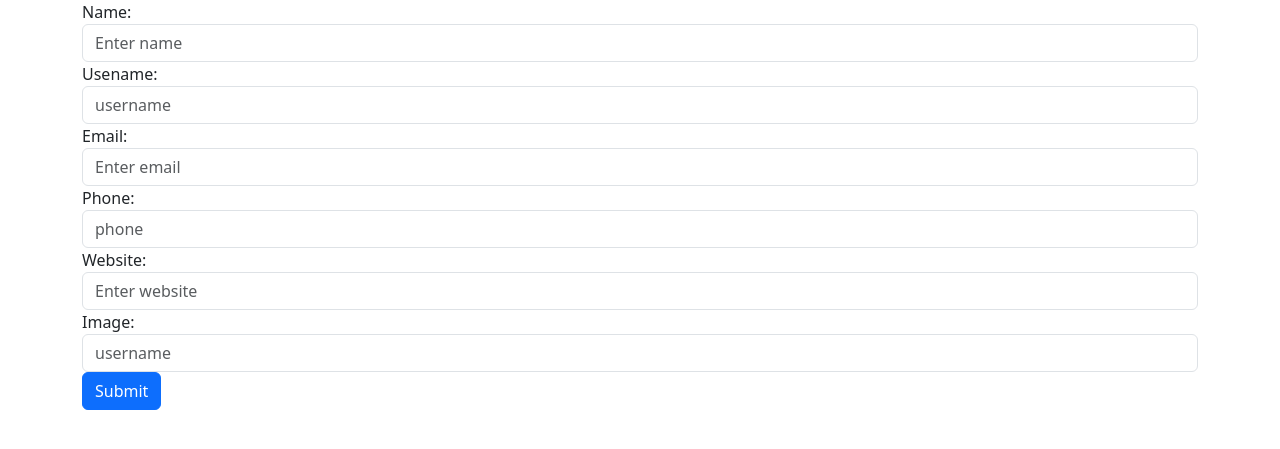
Repository: AyushMahatara/PHP-Simple-CRUD-with-JSON
Page: http://localhost/user/update.php?id=4
An editor plug-in stored every save of this project. The page is shown before and after the next save, followed by the edit.
The browser window is 1280 px wide. The pictures show the whole page.
The page is run by PHP 8.4 with error messages shown; the project is at /var/www/html/.

Above is the page before, as saved 2024-03-20 16:59:30.

### user/update.php
<?php
include '../partials/header.php';
require './users.php';

if (!isset($_GET['id'])) {
    include "../partials/not_found.php";
    exit;
}

$userId = $_GET['id'];

$user = getUserById($userId);

if (!$user) {
    include "../partials/not_found.php";

    exit;
}
?>

<div class="container">

    <form method="POST" enctype="multipart/form-data">
        <div class="form-group">
            <label>Name:</label>
            <input type="name" name="name" class="form-control" placeholder="Enter name">
        </div>
        <div class="form-group">
            <label>Usename:</label>
            <input type="username" name="username" class="form-control" placeholder="username">
        </div>
        <div class="form-group">
            <label>Email:</label>
            <input type="email" name="email" class="form-control" placeholder="Enter email">
        </div>
        <div class="form-group">
            <label>Phone:</label>
            <input type="phone" name="phone" class="form-control" placeholder="phone">
        </div>

        <div class="form-group">
            <label>Website:</label>
            <input type="website" name="wensite" class="form-control" placeholder="Enter website">
        </div>
        <div class="form-group">
            <label>Image:</label>
            <input type="username" name="username" class="form-control" placeholder="username">
        </div>


        <button type="submit" class="btn btn-primary">Submit</button>
    </form>

</div>

<?php
include '../partials/footer.php';
?>

### partials/header.php
<!DOCTYPE html>
<html lang="en">

<head>
    <meta charset="UTF-8">
    <meta name="viewport" content="width=device-width, initial-scale=1.0">
    <link href="https://cdn.jsdelivr.net/npm/bootstrap@5.3.3/dist/css/bootstrap.min.css" rel="stylesheet" integrity="sha384-QWTKZyjpPEjISv5WaRU9OFeRpok6YctnYmDr5pNlyT2bRjXh0JMhjY6hW+ALEwIH" crossorigin="anonymous">
    <title>Document</title>
</head>

<body>

### user/users.php
<?php

function getUsers()
{
    return json_decode(file_get_contents('./users.json'), true);

    // echo '<pre>';
    // var_dump($users);
    // echo '<pre>';
}


function getUserById($id)
{
    $users = getUsers();
    foreach ($users as $user) {
        if ($user['id'] == $id) {
            return $user;
        }
    }
    return null;
}


function createUser($data)
{
}


function updateUser($data, $id)
{
}

function deleteUser($id)
{
}

### user/users.json
[
  {
    "id": 4,
    "name": "Patricia Lebsack",
    "username": "Karianne",
    "email": "Julianne.OConner@kory.org",
    "phone": "123451234",
    "website": "kale.biz",
    "extension": "jpg"
  },
  {
    "id": 5,
    "name": "Chelsey Dietrich",
    "username": "Kamren",
    "email": "Lucio_Hettinger@annie.ca",
    "phone": "453218563",
    "website": "demarco.info",
    "extension": "jpg"
  },
  {
    "id": 6,
    "name": "Mrs. Dennis Schulist",
    "username": "Leopoldo_Corkery",
    "email": "Karley_Dach@jasper.info",
    "phone": "1078412367",
    "website": "ola.org",
    "extension": "jpg"
  },
  {
    "id": 7,
    "name": "Kurtis Weissnat",
    "username": "Elwyn.Skiles",
    "email": "Telly.Hoeger@billy.biz",
    "phone": "210.067.6132",
    "website": "elvis.io"
  },
  {
    "id": 8,
    "name": "Nicholas Runolfsdottir V",
    "username": "Maxime_Nienow",
    "email": "Sherwood@rosamond.me",
    "phone": "586.493.6943 x140",
    "website": "jacynthe.com"
  },
  {
    "id": 9,
    "name": "Glenna Reichert",
    "username": "Delphine",
    "email": "Chaim_McDermott@dana.io",
    "phone": "(775)976-6794 x41206",
    "website": "conrad.com"
  },
  {
    "id": 10,
    "name": "Clementina DuBuque",
    "username": "Moriah.Stanton",
    "email": "Rey.Padberg@karina.biz",
    "phone": "024-648-3804",
    "website": "ambrose.net"
  },
  {
    "name": "John Doe",
    "username": "john22",
    "email": "",
    "phone": "12345",
    "website": "",
    "id": 1879571,
    "extension": "jpg"
  }
]

### partials/footer.php
</body>

<script src="https://cdn.jsdelivr.net/npm/bootstrap@5.3.3/dist/js/bootstrap.bundle.min.js" integrity="sha384-YvpcrYf0tY3lHB60NNkmXc5s9fDVZLESaAA55NDzOxhy9GkcIdslK1eN7N6jIeHz" crossorigin="anonymous"></script>


</html>

After the next save:
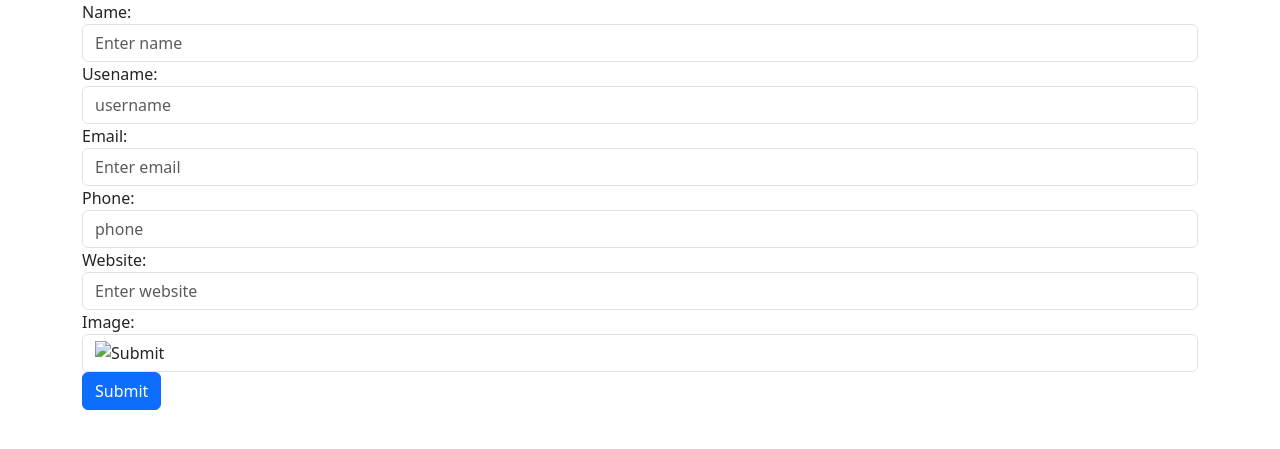
Saved 11 s later.
--- a/user/update.php
+++ b/user/update.php
@@ -44,7 +44,7 @@ if (!$user) {
         </div>
         <div class="form-group">
             <label>Image:</label>
-            <input type="username" name="username" class="form-control" placeholder="username">
+            <input type="image" name="image" class="form-control" placeholder="image">
         </div>
 
 
